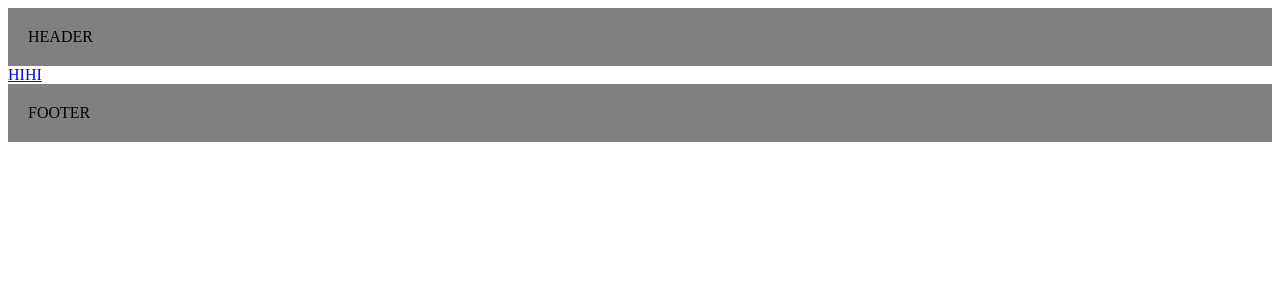
Repository: saiyagodvp/_java4
Page: http://localhost/slide4/
These files come from the project's save history. The page is drawn as it stood at one moment and after the next save; the edit follows.
The browser window is 1280 px wide. The pictures show the whole page.
The page is served by Tomcat 9.

Above is the page before, as saved 2023-03-24 05:56:03.

After the next save:
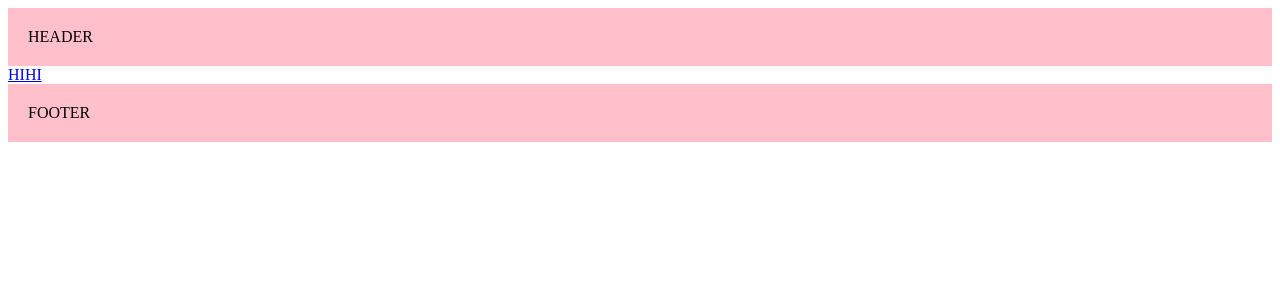
Saved 17 s later.
--- a/slide4/src/main/webapp/css/style.css
+++ b/slide4/src/main/webapp/css/style.css
@@ -1,5 +1,5 @@
 @charset "UTF-8";
 header, footer{
 	padding: 20px;
-	background: gray;
+	background: pink;
 }
